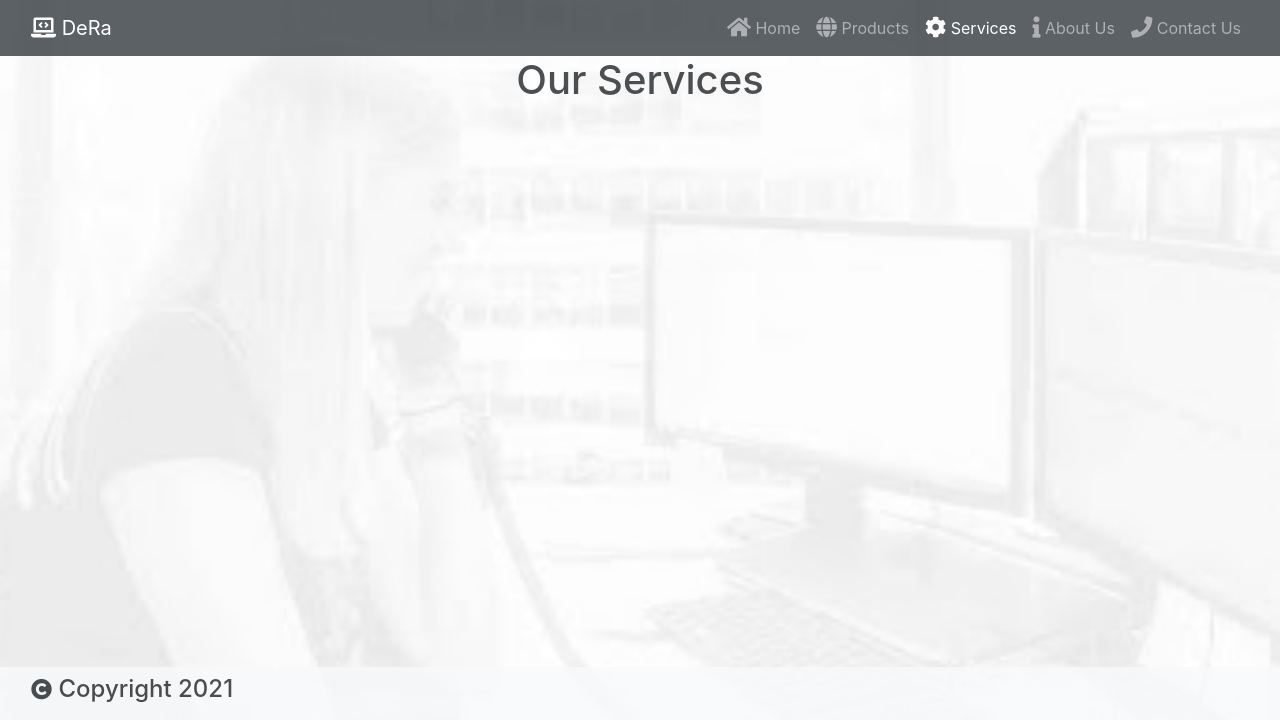
Repository: deividwsantoss/web6201-Lab1
Page: services.html
An editor plug-in stored every save of this project. The page is shown before and after the next save, followed by the edit.
The browser window is 1280 px wide. The pictures show the whole page.

Above is the page before, as saved 2021-02-03 09:21:31.
Console error (its wording comes from the project's code and is left out).

After the next save:
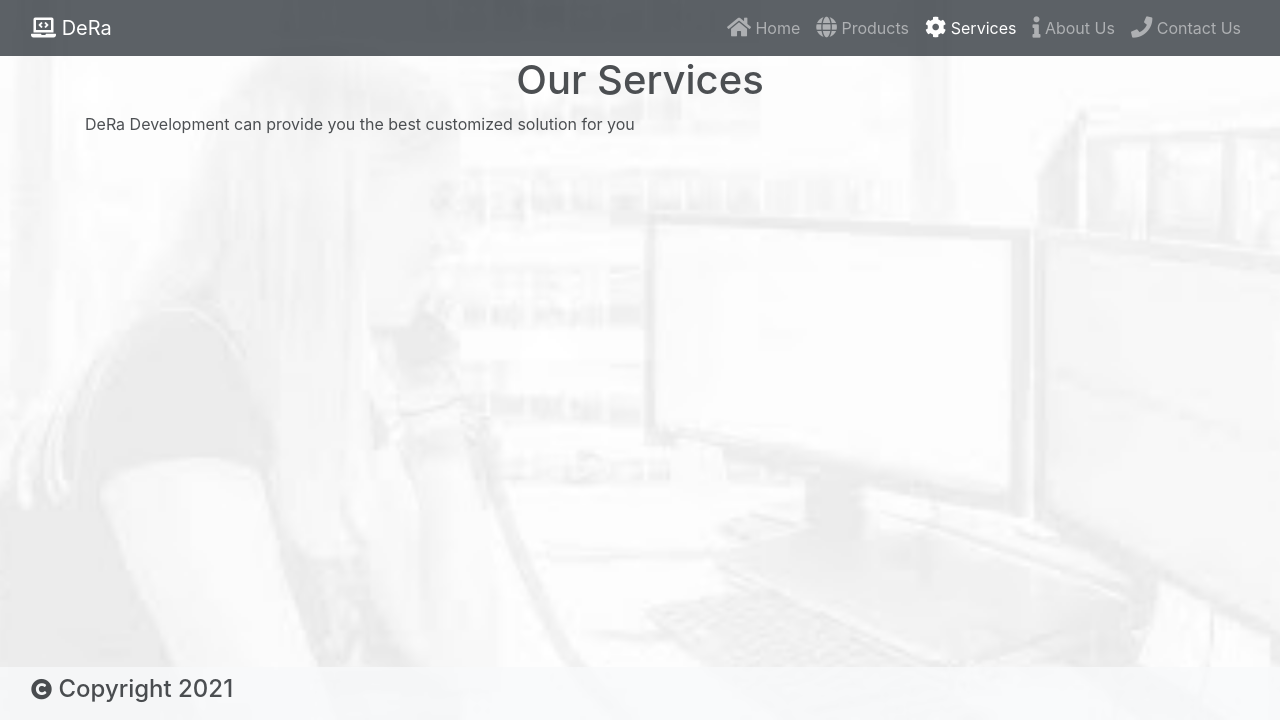
Saved 44 s later.
--- a/Scripts/app.js
+++ b/Scripts/app.js
@@ -22,7 +22,7 @@
     function displayServices(){
 
         let servicesIntroText = "DeRa Development can provide you the best customized solution for you";
-        let servicesIntroElement = document.getElementById("serviceIntroText");
+        let servicesIntroElement = document.getElementById("serviceIntro");
         servicesIntroElement.textContent = servicesIntroText;
 
     }
